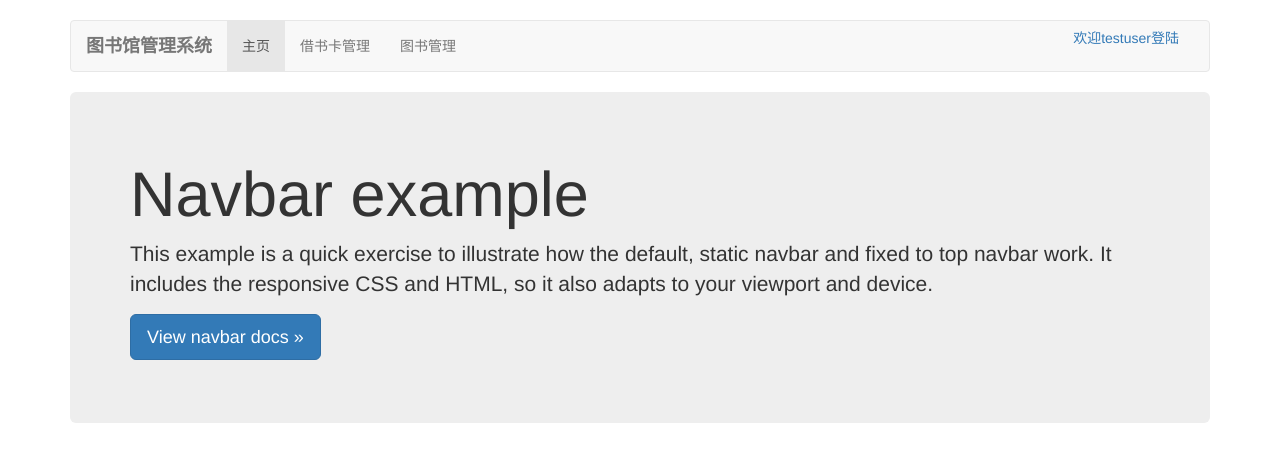
Repository: chaice/code
Page: http://localhost/web5/home
The author's editor kept a copy of each file at every save. The page is drawn from the files as they stood at one save, then again after the next save.
The browser window is 1280 px wide. The pictures show the whole page.
Some web libraries are served in a nearby version. The page is served by Tomcat 9. The session is filled in as if someone had signed in: {"username": "testuser"}. Other server files are loaded and not shown.

Above is the page before, as saved 2016-06-01 08:23:28.

### web5/WebContent/WEB-INF/views/home.jsp
<%@ page language="java" contentType="text/html; charset=UTF-8"
	pageEncoding="UTF-8"%>
<!DOCTYPE html>
<html>
<head>
<meta charset="UTF-8">
<title>主页</title>
<%@ include file="head.jsp"%>
        <div class="jumbotron">
        <h1>Navbar example</h1>
        <p>This example is a quick exercise to illustrate how the default, static navbar and fixed to top navbar work. It includes the responsive CSS and HTML, so it also adapts to your viewport and device.</p>
        <p>
          <a class="btn btn-lg btn-primary" href="../../components/#navbar" role="button">View navbar docs &raquo;</a>
        </p>
      </div>
    </div>
    <script src="//cdn.bootcss.com/jquery/1.11.3/jquery.min.js"></script>
    <script src="//cdn.bootcss.com/bootstrap/3.3.5/js/bootstrap.min.js"></script>
<script>
	$("ul>li:nth-child(1)").addClass("active");
</script>
</body>
</html>

### web5/WebContent/WEB-INF/views/head.jsp
<%@ page language="java" contentType="text/html; charset=UTF-8"
	pageEncoding="UTF-8"%>
<link href="//cdn.bootcss.com/bootstrap/3.3.5/css/bootstrap.min.css"
	rel="stylesheet">
<style>
body {
	padding-top: 20px;
	padding-bottom: 20px;
}

.navbar {
	margin-bottom: 20px;
}
</style>
</head>

<body>
	<%
		String name = (String) session.getAttribute("username");
		if (name == null) {
			response.sendRedirect("/index.jsp");
		}
	%>
	<div class="container">
		<nav class="navbar navbar-default">
			<div class="container-fluid">
				<div class="navbar-header">
					<strong class="navbar-brand">图书馆管理系统</strong>
				</div>
				<div id="navbar" class="navbar-collapse collapse">
					<ul class="nav navbar-nav">
						<li><a href="/home">主页</a></li>
						<li><a href="/card">借书卡管理</a></li>
						<li><a href="/book">图书管理</a></li>
					</ul>
					<ol style="float:right" class="nav navbar-nav"><li><h5><a>欢迎<%=name%>登陆</a></h5></li></ol>
				</div>
				<div id="navbar" class="navbar-collapse collapse" ></div>
			</div>
		</nav>

### web5/src/com/ccit/myservlet/Home.java
package com.ccit.myservlet;

import java.io.IOException;
import javax.servlet.ServletException;
import javax.servlet.http.HttpServlet;
import javax.servlet.http.HttpServletRequest;
import javax.servlet.http.HttpServletResponse;

public class Home extends HttpServlet {
	private static final long serialVersionUID = 1L;

    public Home() {
        super();

    }


	protected void doGet(HttpServletRequest request, HttpServletResponse response) throws ServletException, IOException {
		request.getRequestDispatcher("/WEB-INF/views/home.jsp").forward(request, response);
	}



}

After the next save:
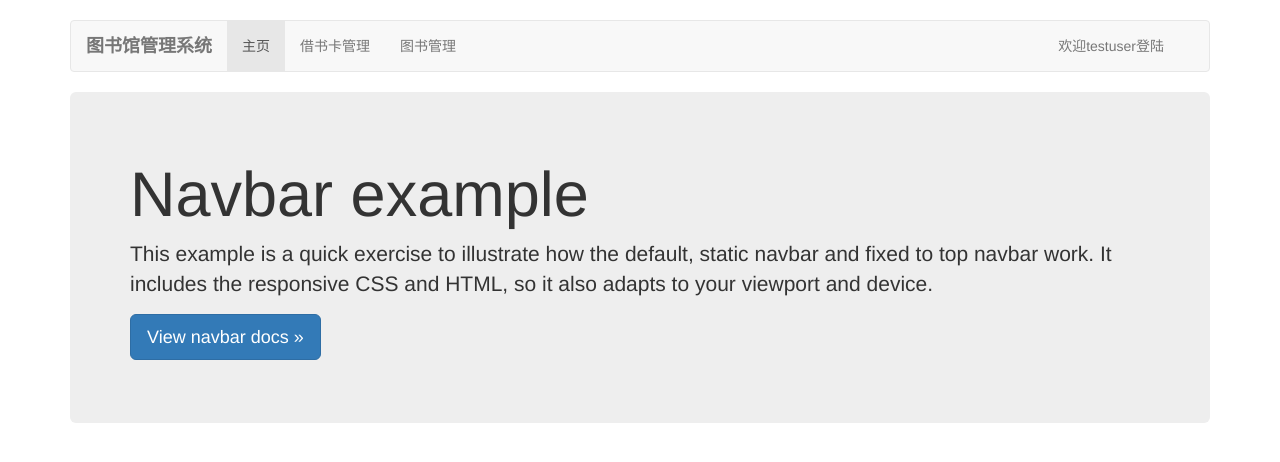
Saved 12 s later.
--- a/web5/WebContent/WEB-INF/views/head.jsp
+++ b/web5/WebContent/WEB-INF/views/head.jsp
@@ -33,7 +33,7 @@ body {
 						<li><a href="/card">借书卡管理</a></li>
 						<li><a href="/book">图书管理</a></li>
 					</ul>
-					<ol style="float:right" class="nav navbar-nav"><li><h5><a>欢迎<%=name%>登陆</a></h5></li></ol>
+					<ol style="float:right" class="nav navbar-nav"><li><a>欢迎<%=name%>登陆</a></li></ol>
 				</div>
 				<div id="navbar" class="navbar-collapse collapse" ></div>
 			</div>
